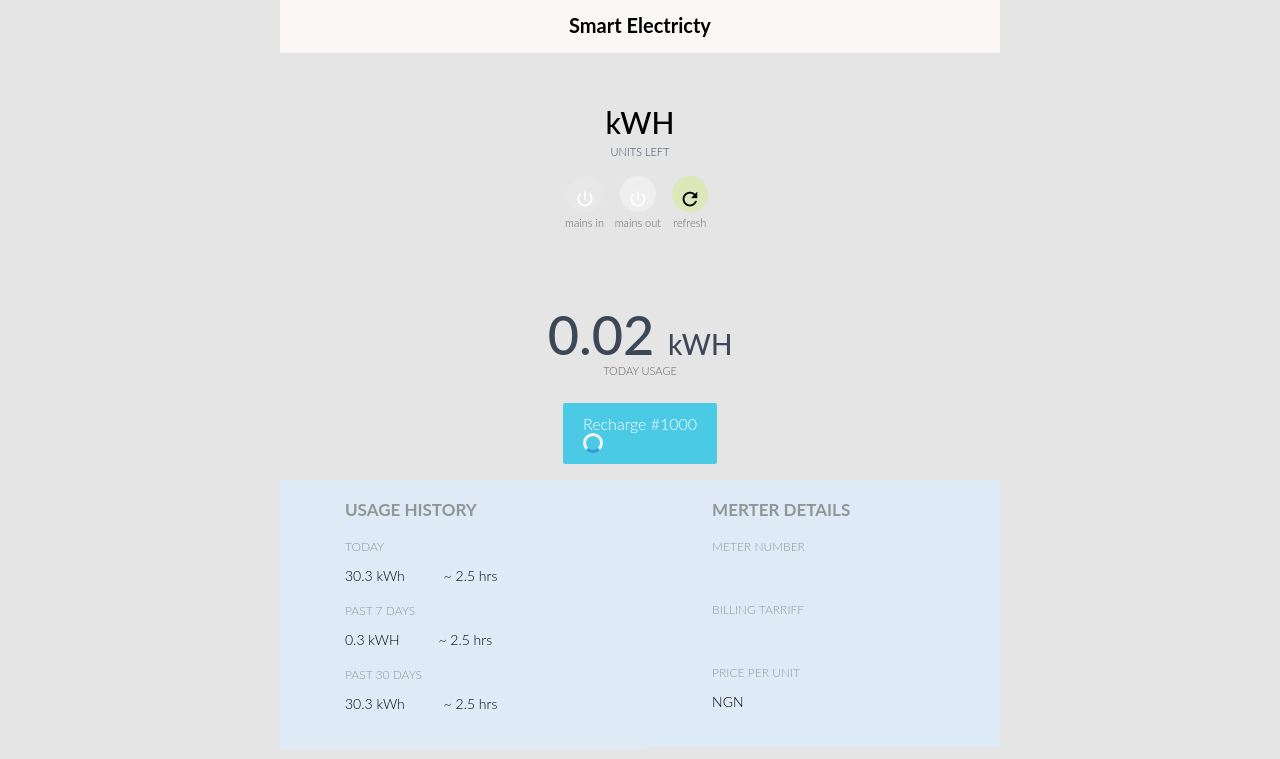
Repository: stefnnT/eko-smart-meter-hackathon
Page: subscriber.html
The author's editor kept a copy of each file at every save. The page is drawn from the files as they stood at one save, then again after a run of saves.
The browser window is 1280 px wide. The pictures show the whole page.
The page's requests for data from a server got no answer. Some web libraries are served in a nearby version.

Above is the page before, as saved 2020-09-04 13:33:25.
Not found: assets/assets-for-demo/vertical-nav.css

### subscriber.html
<!DOCTYPE html>
<html lang="en">
  <head>
    <meta charset="utf-8" />
    <link rel="apple-touch-icon" sizes="76x76" href="assets/img/apple-icon.png">
    <!-- <link rel="icon" type="image/png" href="assets/img/favicon.png"> -->
    <meta http-equiv="X-UA-Compatible" content="IE=edge,chrome=1" />

    <title>Dashboard</title>

    <meta content='width=device-width, initial-scale=1.0, maximum-scale=1.0, user-scalable=0' name='viewport' />

    <!--     Fonts and icons     -->
    <link rel="stylesheet" type="text/css" href="https://fonts.googleapis.com/css?family=Roboto:300,400,500,700|Roboto+Slab:400,700|Material+Icons" />
    <link rel="stylesheet" href="https://maxcdn.bootstrapcdn.com/font-awesome/latest/css/font-awesome.min.css" />

    <!-- CSS Files -->
      <link href="assets/css/bootstrap.min.css" rel="stylesheet" />
      <link href="assets/css/material-kit.css?v=1.2.1" rel="stylesheet"/>

    <!-- CSS Just for demo purpose, don't include it in your project -->
      <link href="assets/assets-for-demo/vertical-nav.css" rel="stylesheet" />

      <link rel="stylesheet" href="style2.css">

  </head>

  <body class="">
    <div class="dashboard">
      <div class="dashboard__header">
          <div class="dashboard__hamburger">
              <!-- <img src="mdLabs.jpg"> -->
          </div>
          <div class="dashboard__title">
              Smart Electricty
          </div>
          <div class="dashboard__notifications">
              <!-- <img src="assets/images/notifications.png"> -->
          </div>
      </div>

      <div class="dashboard__summary">
          <div class="dashboard__percent">
              <span id="units-left" class="dashboard__percent-number">
                  <!-- 40 -->
              </span>
              <span class="dashboard__percent-symbol">
                  kWH
              </span>
          </div>
          <div class="dashboard__percent-sub">
              UNITS LEFT
          </div>
          <ul class="dashboard__summary-icons">
              <li class="dashboard__summary-icon-item">
                  <button disabled id="mains-in" class="dashboard__summary-icon">
                      <img src="assets/img/power.png">
                  </button>
                  <div class="dashboard__summary-text">
                    mains in
                  </div>

              </li>
              <li class="dashboard__summary-icon-item">
                <button id="mains-out" id="toggle-mains" class="dashboard__summary-icon">
                    <img src="assets/img/power.png">
                </button>
                <div class="dashboard__summary-text"  >
                    mains out
                </div>
              </li>

              <li class="dashboard__summary-icon-item">
                <button id="refresh" class="dashboard__summary-icon dashboard__summary-icon--bg-yellow"
                     ng-click="vm.refreshStatus()">
                      <img src="assets/img/refresh.png">
                </button>
                  <div class="dashboard__summary-text">
                      refresh
                  </div>
              </li>
          </ul>
      </div>

      <!-- <div class="dashboard__cta">
          <a class="app-btn app-btn--inverted" ng-click="vm.logout()">
            Logout
          </a>
      </div> -->

      <div class="profile">
        <div class="profile__header">
          <div class="profile__percent">
            <span id="day-usage">0.02 </span>
            <span class="profile__percent-symbol">kWH</span>
              </div>
              <div class="profile__percent-info">
                TODAY USAGE
              </div>
              <div class="dashboard__cta">
                <button class="app-btn" ui-sref="devices.map">
                    Recharge #1000
                    <div class="loader"></div>
                </button>
              </div>
          </div>
          <div class="grid pro ">
            <div class="profile__body">
              <ul class="profile__periods">
                  <li class="profile__period period">

                      <div class="period__duration duration">
                          <div class="duration__title">
                              USAGE HISTORY
                          </div>
                          <div class="duration__label">
                              TODAY
                          </div>
                          <div class="duration__slider">
                              <div class="duration__slider-value">
                                  30.3 kWh <span class="time">~ 2.5 hrs</span>
                              </div>
                          </div>
                          <div class="duration__label">
                              PAST 7 DAYS
                          </div>
                          <div class="duration__slider">
                              <div class="duration__slider-value">
                                  0.3 kWH <span class="time">~ 2.5 hrs</span>
                              </div>
                          </div>
                          <div class="duration__label">
                              PAST 30 DAYS
                          </div>
                          <div class="duration__slider">
                              <rzslider rz-slider-model="period.endTimeValue"
                                        rz-slider-options="period.options"></rzslider>
                              <div class="duration__slider-value">
                                  30.3 kWh <span class="time">~ 2.5 hrs</span>
                              </div>
                          </div>
                      </div>
                      <!-- <div class="period__state" ng-class="'period__state--' + period.theme"
                          ng-show="period.appliances.length === 0">
                          No Devices Added
                      </div>
                      <div class="period__appliances-wrapper" ng-hide="period.appliances.length === 0">
                          <div class="period__appliances-title">
                              Appliances
                          </div>
                          <ul class=period__appliances>
                              <li ng-repeat="appliance in period.appliances" class="period__appliance">
                                  <div class="period__appliance-block">
                                      {{appliance.name}} {{appliance.quantity}}
                                  </div>
                              </li>
                          </ul>
                          <div class="period__allocation-wrapper"
                              ng-class="'period__allocation-wrapper--' + period.theme">
                              <div class="period__allocation-title">
                                  TOTAL BATTERY ALLOCATED
                              </div>
                              <div class="period__allocation">
                                  {{period.percent}}%
                              </div>
                          </div>
                      </div> -->
                  </li>
              </ul>
            </div>
            <div class="profile__body">
                <ul class="profile__periods">
                    <li class="profile__period period">

                        <div class="period__duration duration">
                            <div class="duration__title">
                                MERTER DETAILS
                            </div>
                            <div class="duration__label">
                                METER NUMBER
                            </div>
                            <div class="duration__slider">
                              <div id="meter-number" class="duration__slider-value">
                                  <!-- 123456789 -->
                              </div>
                            </div>
                            <div class="duration__label">
                                BILLING TARRIFF
                            </div>
                            <div class="duration__slider">
                              <div id="billing-tarriff" class="duration__slider-value">
                                  <!-- Residential single phase -->
                              </div>
                            </div>
                            <div class="duration__label">
                                PRICE PER UNIT
                            </div>
                            <div class="duration__slider">
                              <div class="duration__slider-value">
                                  NGN <span id="unit-price"></span>
                              </div>
                            </div>
                        </div>
                        <!-- <div class="period__state" ng-class="'period__state--' + period.theme"
                            ng-show="period.appliances.length === 0">
                            No Devices Added
                        </div>
                        <div class="period__appliances-wrapper" ng-hide="period.appliances.length === 0">
                            <div class="period__appliances-title">
                                Appliances
                            </div>
                            <ul class=period__appliances>
                                <li ng-repeat="appliance in period.appliances" class="period__appliance">
                                    <div class="period__appliance-block">
                                        {{appliance.name}} {{appliance.quantity}}
                                    </div>
                                </li>
                            </ul>
                            <div class="period__allocation-wrapper"
                                ng-class="'period__allocation-wrapper--' + period.theme">
                                <div class="period__allocation-title">
                                    TOTAL BATTERY ALLOCATED
                                </div>
                                <div class="period__allocation">
                                    {{period.percent}}%
                                </div>
                            </div>
                        </div> -->
                    </li>
                </ul>
            </div>
          </div>
      </div>
    </div>
  </body>

  <script src="app2.js"></script>

</html>

Loaded but not shown: assets/css/bootstrap.min.css (library); assets/css/material-kit.css (library); app2.js (120 lines, source omitted); style2.css (941 lines, source omitted)

After the next 2 saves:
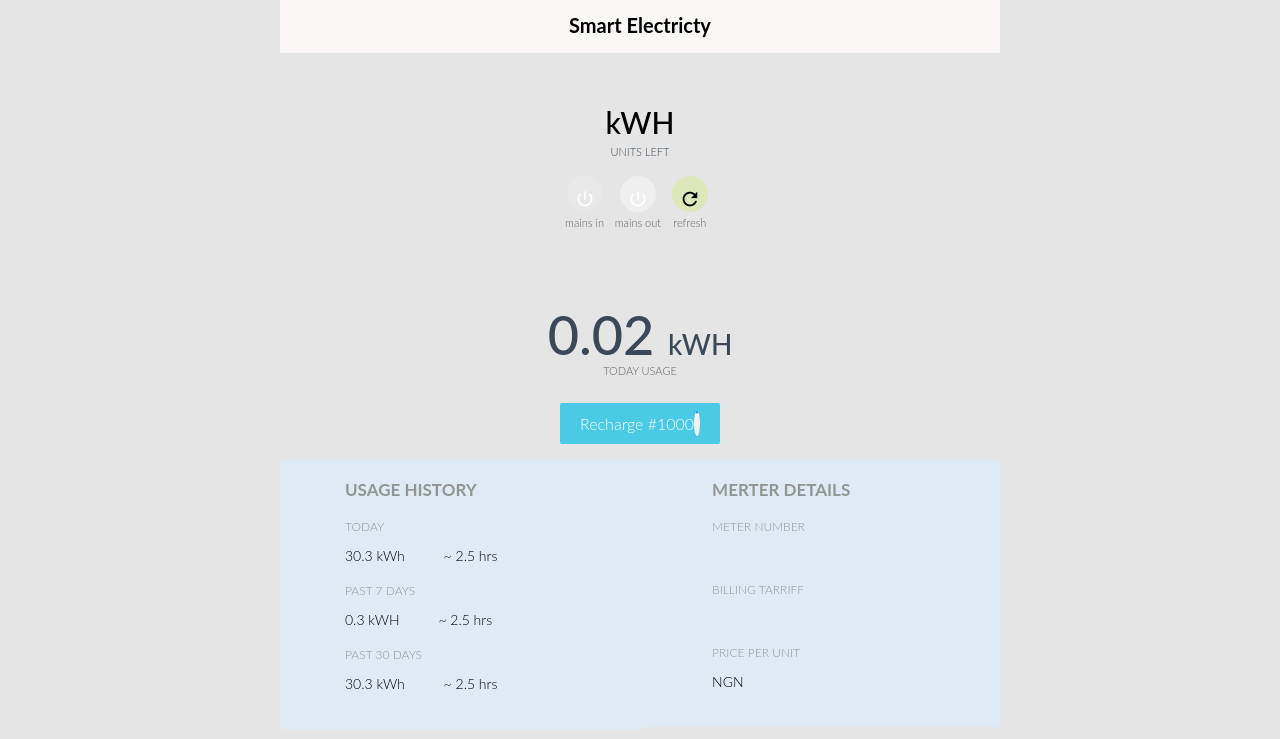
The 2 saves are shown as one change because they came seconds apart.
The last was saved 9 s later.
--- a/subscriber.html
+++ b/subscriber.html
@@ -100,7 +100,7 @@
               <div class="dashboard__cta">
                 <button class="app-btn" ui-sref="devices.map">
                     Recharge #1000
-                    <div class="loader"></div>
+                    <span class="loader"></span>
                 </button>
               </div>
           </div>

After the save that followed:
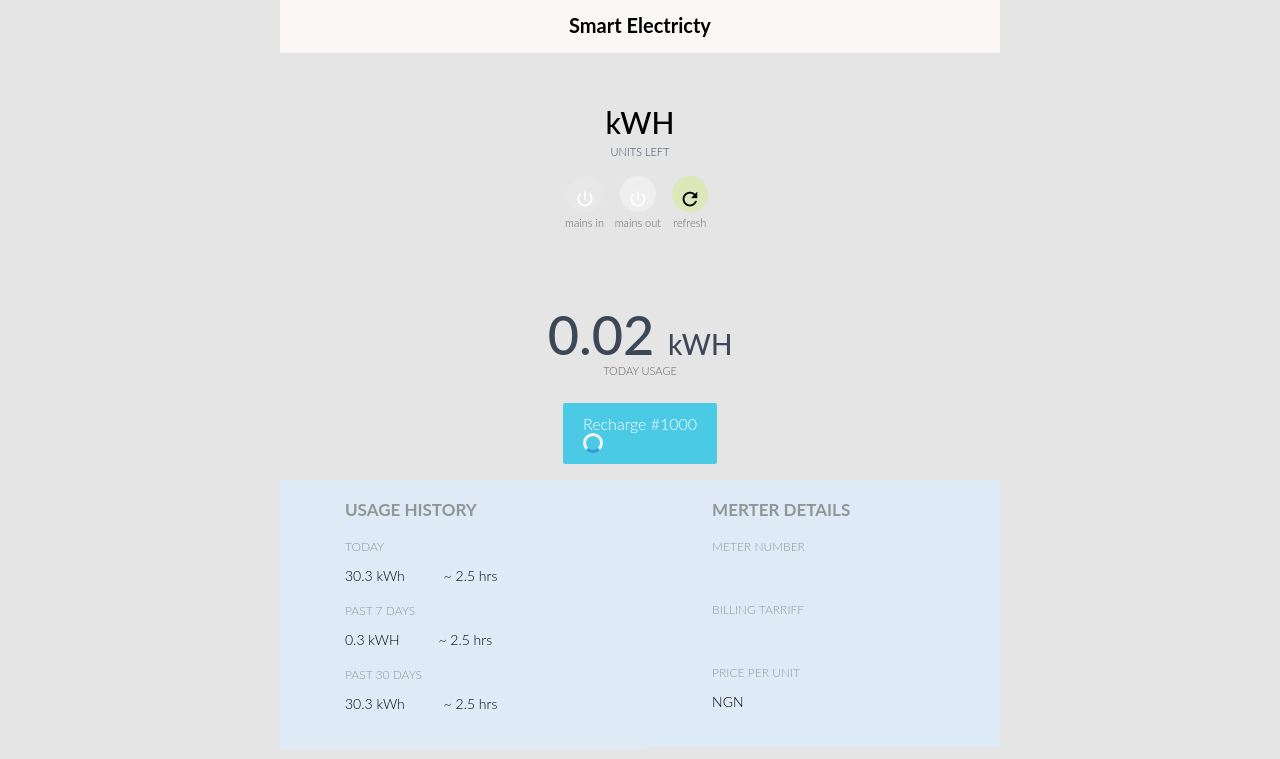
Saved 13 s later.
--- a/subscriber.html
+++ b/subscriber.html
@@ -100,7 +100,7 @@
               <div class="dashboard__cta">
                 <button class="app-btn" ui-sref="devices.map">
                     Recharge #1000
-                    <span class="loader"></span>
+                    <div class="loader"></div>
                 </button>
               </div>
           </div>
